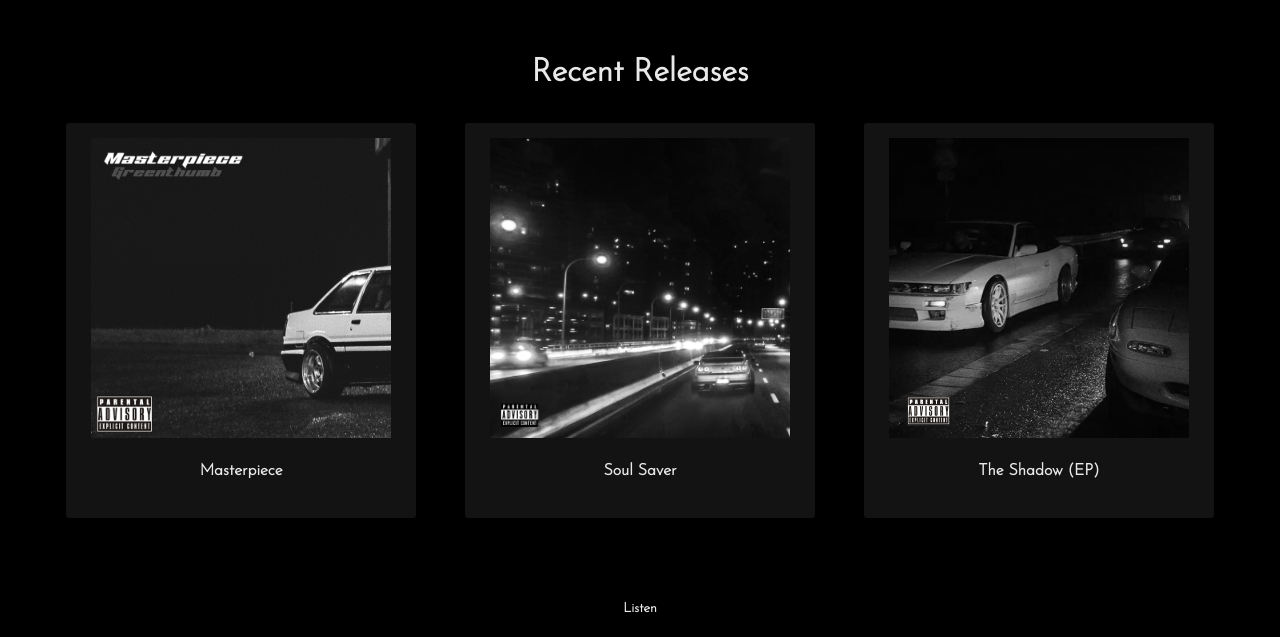
Repository: shayanabedi98/Greenthumb
Page: index.html
These files come from the project's save history. The page is drawn as it stood at one moment and after the next save; the edit follows.
The browser window is 1280 px wide. The pictures show the part of the page from y = 734 to 1445 px (the page is 1371 px tall before and 1445 px after).

Above is the page before, as saved 2023-08-15 14:09:37.

After the next save:
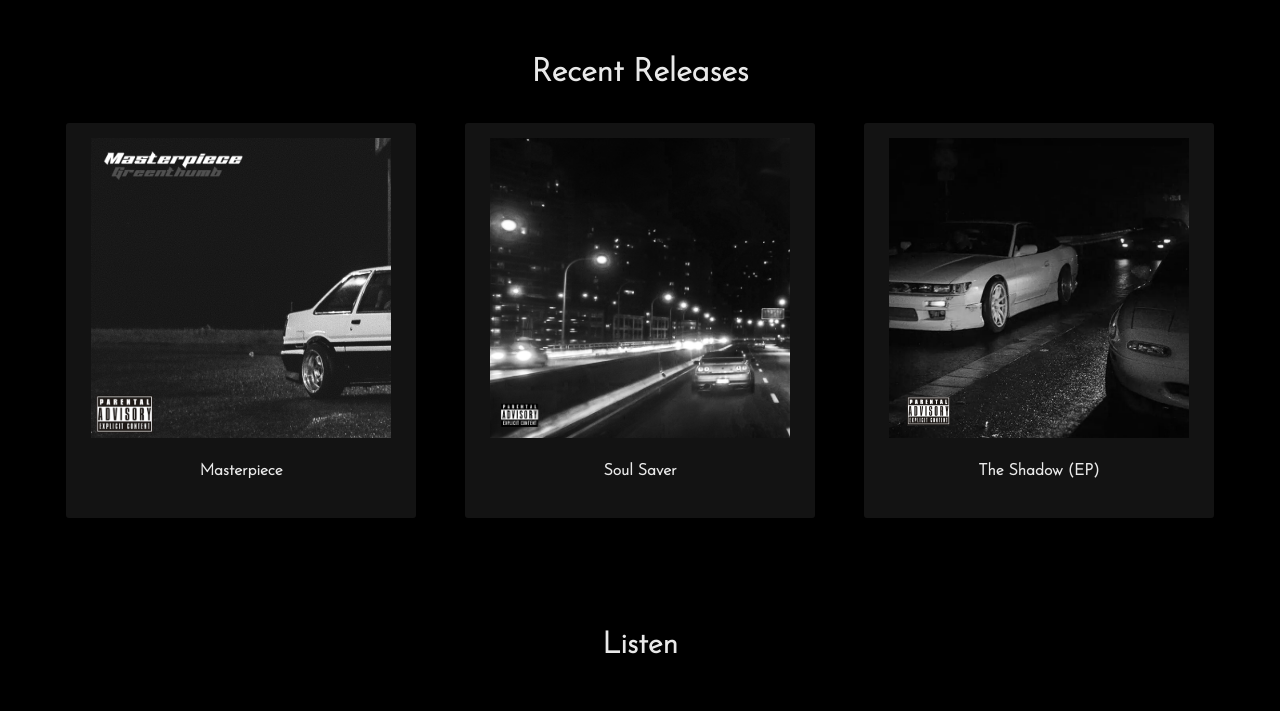
Saved 20 s later.
--- a/styles.css
+++ b/styles.css
@@ -85,3 +85,7 @@
 .listen {
     text-align: center;
 }
+
+.listen h5 {
+    font-size: 30px;
+}
